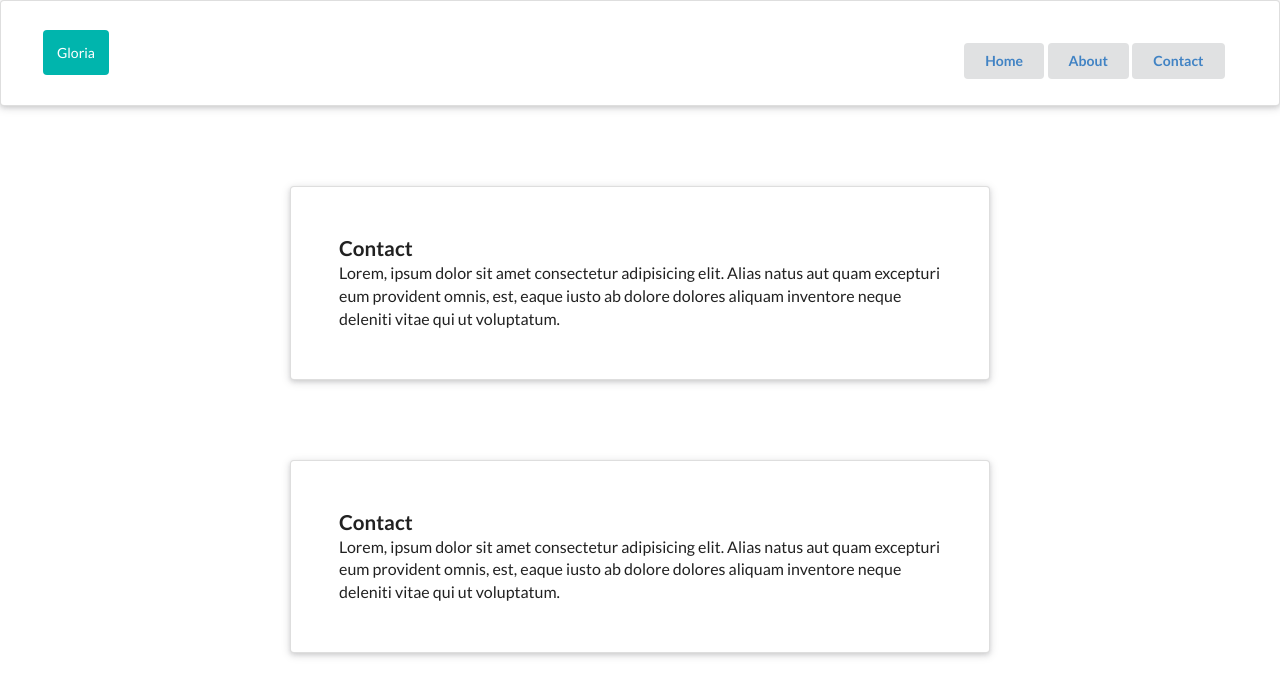
Repository: jodelajo/react-router-redux
Page: /Contact
The author's editor kept a copy of each file at every save. The page is drawn from the files as they stood at one save, then again after the next save.
The browser window is 1280 px wide. The pictures show the whole page.
The project was rebuilt for these pictures with package versions that can differ from the ones it lists, and the page was loaded fresh each time. Also part of the build but not shown: src/index.css, src/App.css, src/components/About.js, src/components/Home.js, src/components/Card.js.

Above is the page before, as saved 2021-10-14 14:50:36.

### public/index.html
<!DOCTYPE html>
<html lang="en">
  <head>
    <meta charset="utf-8" />
    <link rel="icon" href="%PUBLIC_URL%/favicon.ico" />
    <meta name="viewport" content="width=device-width, initial-scale=1" />
    <meta name="theme-color" content="#000000" />
    <meta
      name="description"
      content="Web site created using create-react-app"
    />
    <link rel="apple-touch-icon" href="%PUBLIC_URL%/logo192.png" />

    <link rel="manifest" href="%PUBLIC_URL%/manifest.json" />
    <link rel="stylesheet" href="https://cdnjs.cloudflare.com/ajax/libs/semantic-ui/2.4.1/semantic.min.css" integrity="sha512-8bHTC73gkZ7rZ7vpqUQThUDhqcNFyYi2xgDgPDHc+GXVGHXq+xPjynxIopALmOPqzo9JZj0k6OqqewdGO3EsrQ==" crossorigin="anonymous" referrerpolicy="no-referrer" />

    <title>React-Router app</title>
  </head>
  <body>
    <noscript>You need to enable JavaScript to run this app.</noscript>
    <div id="root"></div>

  </body>
</html>

### src/index.js
import React from 'react';
import ReactDOM from 'react-dom';
import { BrowserRouter as Router} from 'react-router-dom';
import './index.css';
import App from './App';
import reportWebVitals from './reportWebVitals';

ReactDOM.render(
  <React.StrictMode>
    <Router>
    <App />
    </Router>
  </React.StrictMode>,
  document.getElementById('root')
);


reportWebVitals();

### src/App.js
import React from "react";
import { Route, Switch } from "react-router-dom";

import "./App.css";
import NavBar from "./components/NavBar";
import About from "./components/About";
import Home from "./components/Home";
import Contact from "./components/Contact";
import Card from "./components/Card";

function App() {
  return (
    <div>
      <NavBar />
      <Switch>
        <Route exact path="/" component={Home} />
        <Route path="/about" component={About} />
        <Route path="/contact" component={Contact} />
        <Route path="/card/:user" component={Card} />
      </Switch>
    </div>
  );
}

export default App;

### src/components/NavBar.js
import React from "react";
import { Link, NavLink, withRouter } from "react-router-dom";

const NavBar = (props) => {
    console.log('navbar',props);
  return (
    <nav className="ui raised very padded segment">
      <a className="ui teal inverted segment">Gloria</a>
      <div className="ui right floated header">
        <button className="ui button">
          <Link to="/">Home</Link>
        </button>
        <button className="ui button">
          <Link to="/About">About</Link>
        </button>
        <button className="ui button">
          <Link to="/Contact">Contact</Link>
        </button>
      </div>
    </nav>
  );
};
export default withRouter(NavBar);

### src/components/Contact.js
import React from "react";
import { Link } from 'react-router-dom'
// import './App.css';

function Contact(props) {
    console.log(props);
  return (
      <>
    <div
      className="ui raised very padded text container segment"
      style={{ marginTop: "80px" }}
    >
      <Link className="ui header"> Contact</Link>
      <p>
        Lorem, ipsum dolor sit amet consectetur adipisicing elit. Alias natus
        aut quam excepturi eum provident omnis, est, eaque iusto ab dolore
        dolores aliquam inventore neque deleniti vitae qui ut voluptatum.
      </p>
    </div>
    <div
      className="ui raised very padded text container segment"
      style={{ marginTop: "80px" }}
    >
      <Link className="ui header"> Contact</Link>
      <p>
        Lorem, ipsum dolor sit amet consectetur adipisicing elit. Alias natus
        aut quam excepturi eum provident omnis, est, eaque iusto ab dolore
        dolores aliquam inventore neque deleniti vitae qui ut voluptatum.
      </p>
    </div>
    </>
  );
}

export default Contact;

Loaded but not shown: src/reportWebVitals.js (common file)

After the next save:
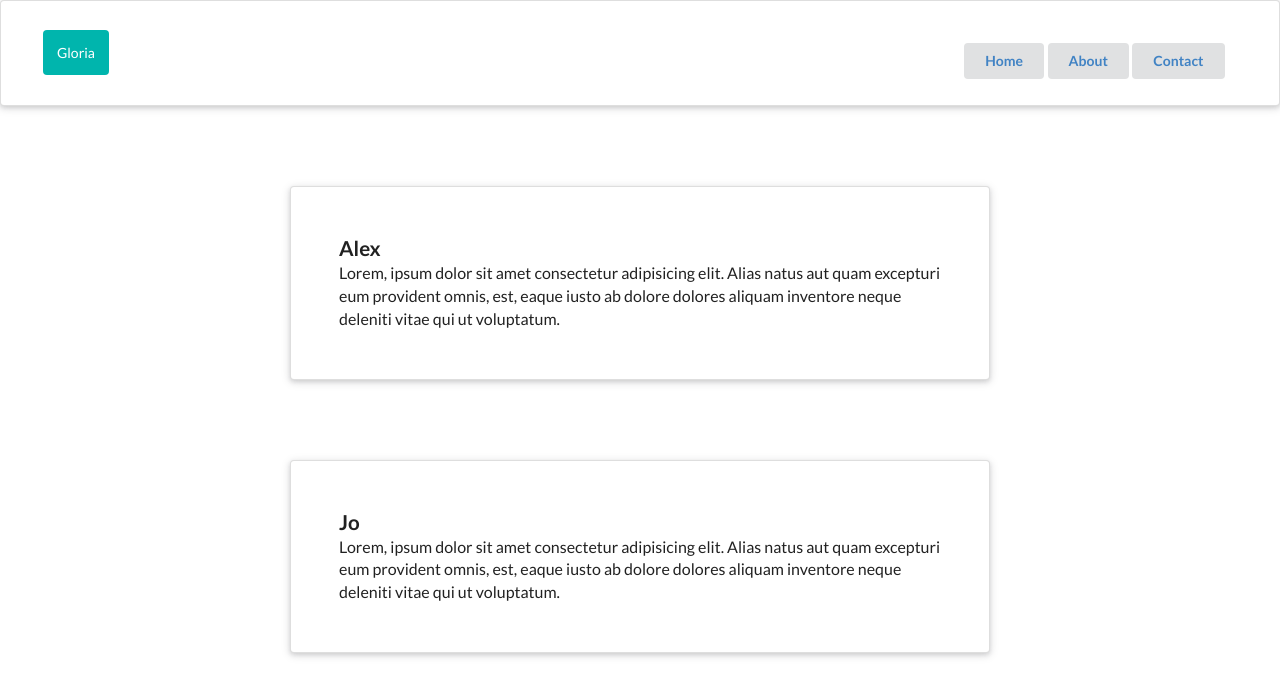
Saved 51 s later.
--- a/src/components/Contact.js
+++ b/src/components/Contact.js
@@ -10,7 +10,7 @@ function Contact(props) {
       className="ui raised very padded text container segment"
       style={{ marginTop: "80px" }}
     >
-      <Link className="ui header"> Contact</Link>
+      <Link to='/card/alex' className="ui header"> Alex</Link>
       <p>
         Lorem, ipsum dolor sit amet consectetur adipisicing elit. Alias natus
         aut quam excepturi eum provident omnis, est, eaque iusto ab dolore
@@ -21,7 +21,7 @@ function Contact(props) {
       className="ui raised very padded text container segment"
       style={{ marginTop: "80px" }}
     >
-      <Link className="ui header"> Contact</Link>
+      <Link to='/card/jo' className="ui header"> Jo</Link>
       <p>
         Lorem, ipsum dolor sit amet consectetur adipisicing elit. Alias natus
         aut quam excepturi eum provident omnis, est, eaque iusto ab dolore
